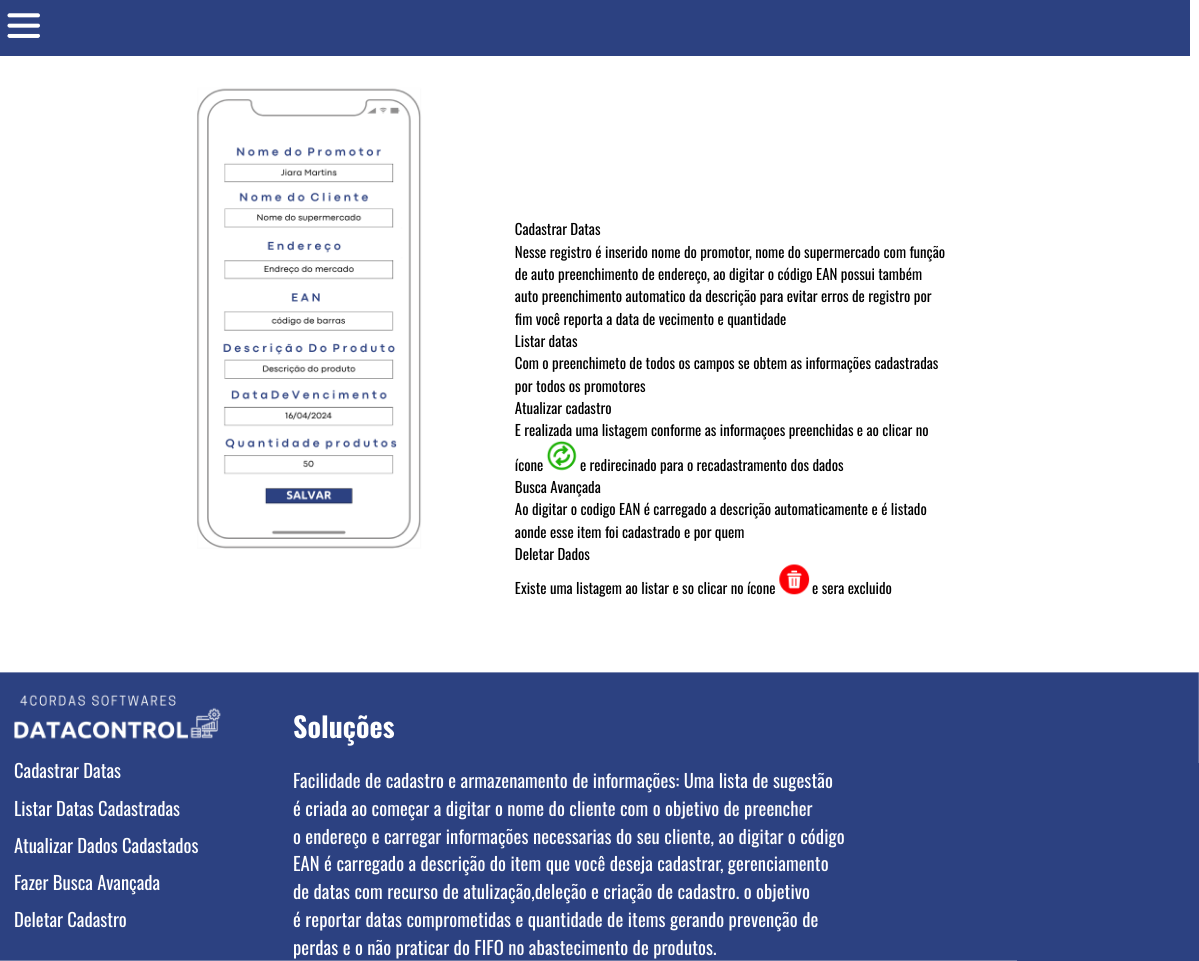
Repository: alfredo-allan/ControleDeDatasFrontEnd
Page: index.html
An editor plug-in stored every save of this project. The page is shown before and after a run of saves, followed by the edit.
The browser window is 1280 px wide. The page is 1289 px wide, so the pictures cover 1289 px, including what lies to the right of the window. The pictures show the whole page, at 93% of full size.

Above is the page before, as saved 2024-04-30 14:38:39.
Console error: TypeError: Cannot read properties of null (reading 'addEventListener')

After the next 4 saves:
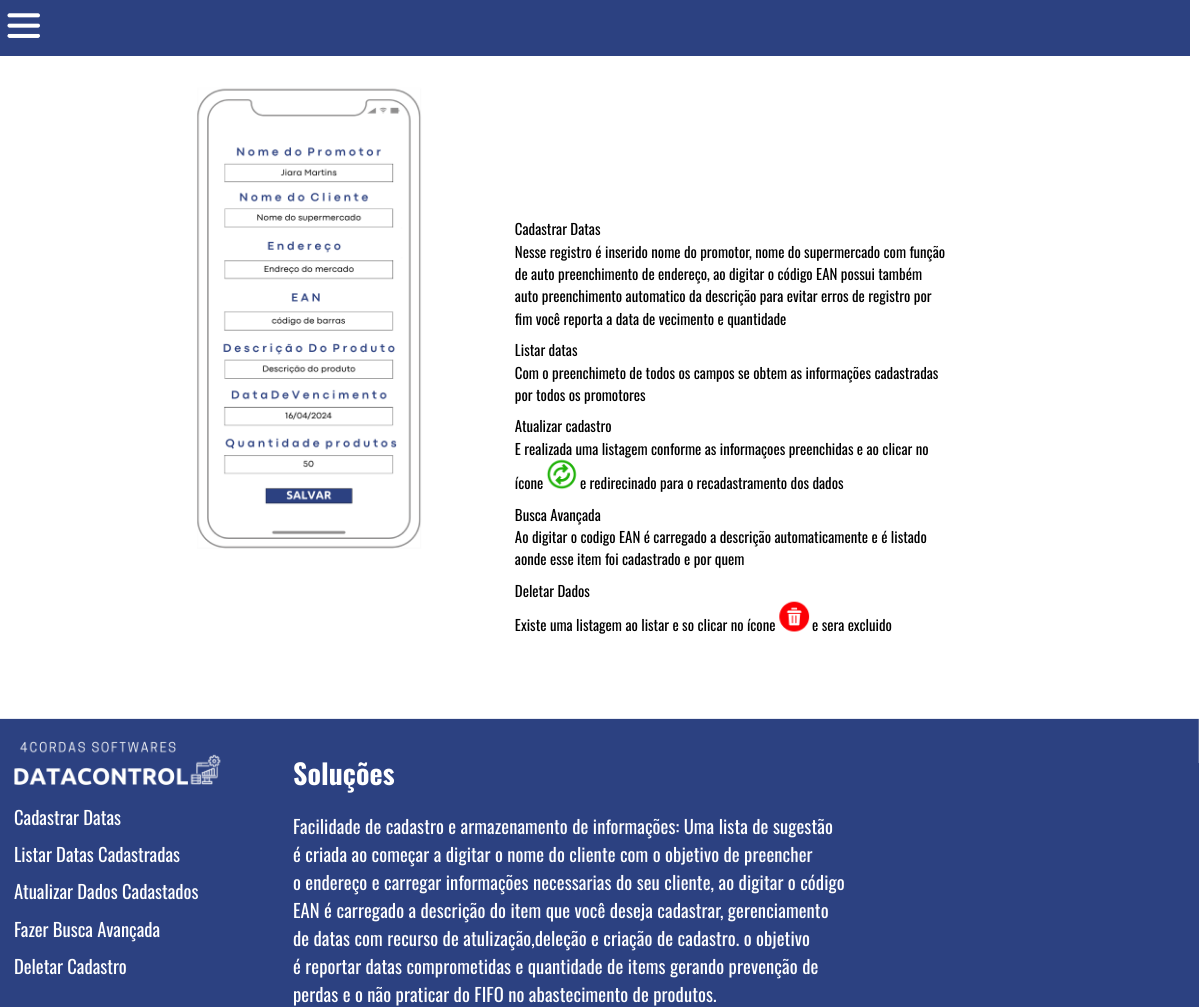
The 4 saves are shown as one change because they came seconds apart.
The last was saved 19 s later.
--- a/style/style.css
+++ b/style/style.css
@@ -450,7 +450,8 @@ button:focus {
   width: 40%;
   li {
     list-style: none;
-  }
-
-
-}
+    margin-bottom: 10px;
+  }
+
+
+}
